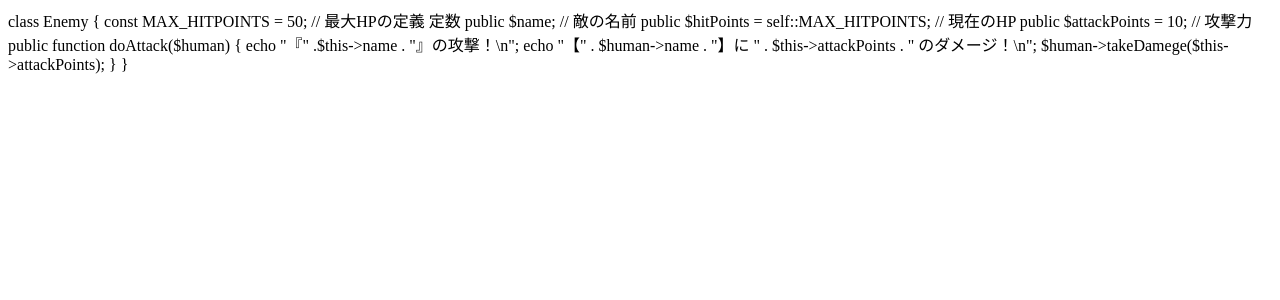
Repository: ymatsuza1128/TechpitFF
Page: http://localhost/TechpitFF/classes/Enemy.php
The author's editor kept a record of every edit. The page is drawn from the files as they stood at one moment, then again after the next edit.
The browser window is 1280 px wide. The pictures show the whole page.
The page is run by PHP 8.4 with error messages shown; the project is at /var/www/html/.

Above is the page before.

### TechpitFF/classes/Enemy.php
 class Enemy
 {
    const MAX_HITPOINTS = 50; // 最大HPの定義 定数
    public $name; // 敵の名前
    public $hitPoints = self::MAX_HITPOINTS; // 現在のHP
    public $attackPoints = 10; // 攻撃力

    public function doAttack($human)
    {
        echo "『" .$this->name . "』の攻撃！\n";
        echo "【" . $human->name . "】に " . $this->attackPoints . " のダメージ！\n";
        $human->takeDamege($this->attackPoints);
    }
}

After the next edit:
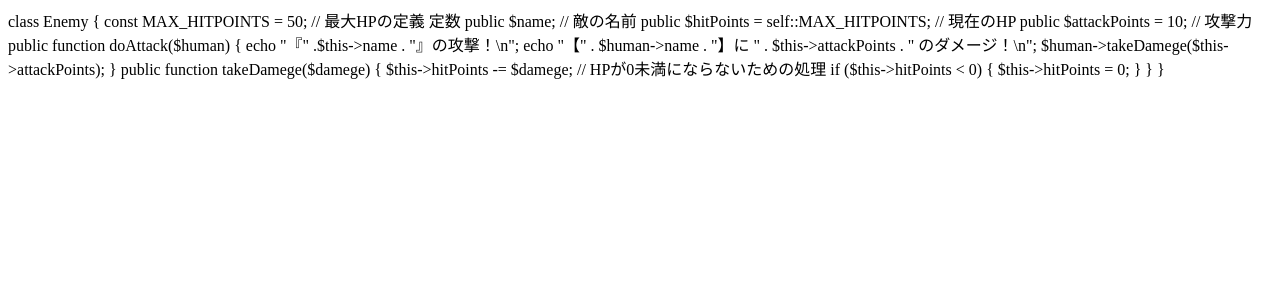
The edit:
--- a/TechpitFF/classes/Enemy.php
+++ b/TechpitFF/classes/Enemy.php
@@ -11,4 +11,13 @@
         echo "【" . $human->name . "】に " . $this->attackPoints . " のダメージ！\n";
         $human->takeDamege($this->attackPoints);
     }
+
+    public function takeDamege($damege)
+    {
+        $this->hitPoints -= $damege;
+        // HPが0未満にならないための処理
+        if ($this->hitPoints < 0) {
+            $this->hitPoints = 0;
+        }
+    }
 }
